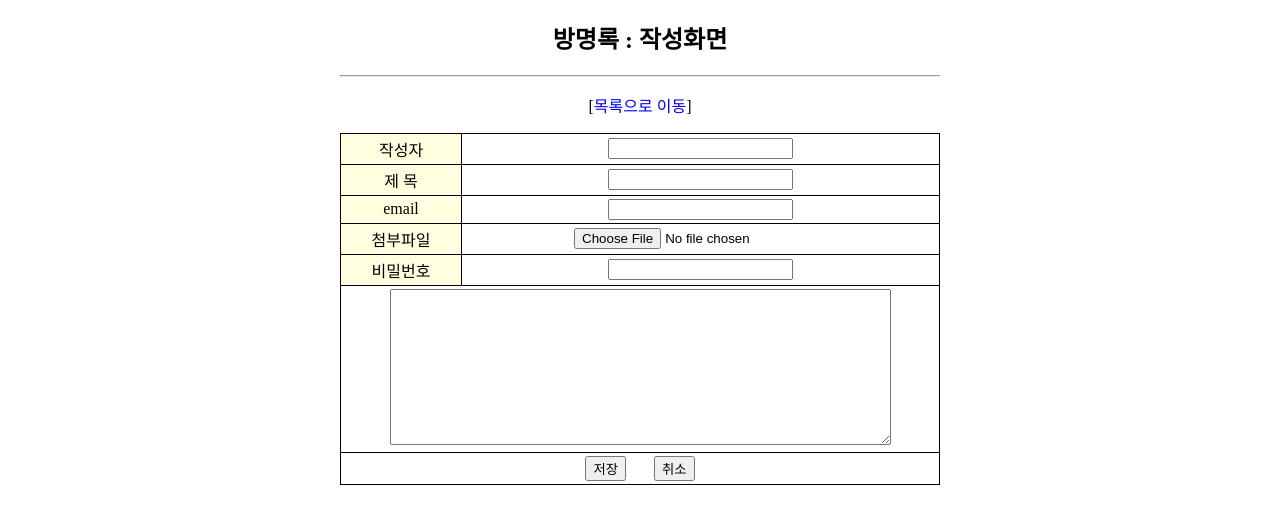
Repository: wjsjsn/23_jspstudy
Page: http://localhost/02_jsp/guestbook2/write.jsp
These files come from the project's save history. The page is drawn as it stood at one moment and after the next save; the edit follows.
The browser window is 1280 px wide. The pictures show the whole page.
The page is served by Tomcat 9. Other server files are loaded and not shown.

Above is the page before, as saved 2023-07-10 01:29:53.

### 02_jsp/src/main/webapp/guestbook2/write.jsp
<%@ page language="java" contentType="text/html; charset=UTF-8"
    pageEncoding="UTF-8"%>
<!DOCTYPE html>
<html>
<head>
<meta charset="UTF-8">
<title> 방 명 록 </title>
<style type="text/css">
	a { text-decoration: none;}
	table{width: 600px; border-collapse:collapse; text-align: center;}
	table,th,td{border: 1px solid black; padding: 3px}
	div{width: 600px; margin:auto; text-align: center;}
</style>
<script type="text/javascript">
	function save_go(f) {
		f.action="/02_jsp/GuestBook2";
		f.submit();
	}
</script>
</head>
<body>
	<div>
		<h2>방명록 : 작성화면</h2>
		<hr />
		<p>[<a href="/02_jsp/GuestBook2?cmd=list">목록으로 이동</a>]</p>
		<form method="post">
			<table>
				<tr align="center">
					<td bgcolor="lightyellow">작성자</td>
					<td><input type="text" name="name" size ="20"/></td>
				</tr>
				<tr align="center">
					<td bgcolor="lightyellow">제  목</td>
					<td><input type="text" name="subject" size ="20"/></td>
				</tr>
				<tr align="center">
					<td bgcolor="lightyellow">email</td>
					<td><input type="text" name="email" size ="20"/></td>
				</tr>
				<tr align="center">
					<td bgcolor="lightyellow">첨부파일</td>
					<td><input type="file" name="f_name" size ="20"/></td>
				</tr>
				<tr align="center">
					<td bgcolor="lightyellow">비밀번호</td>
					<td><input type="password" name="pwd" size ="20"/></td>
				</tr>
				<tr align="center">
					<td colspan="2">
						<textarea rows="10" cols="60" name="content"></textarea>
					</td>
				</tr>
				<tfoot>
					<tr align="center">
						<td colspan="2">
							<input type="hidden" value="write_ok" name="cmd">
							<input type="button" value="저장" onclick="save_go(this.form)" />
							&nbsp;&nbsp;&nbsp;&nbsp;&nbsp;
							<input type="reset" value="취소" />
						</td>
					</tr>
				</tfoot>
			</table>
		</form>
	</div>
</body>
</html>

After the next save:
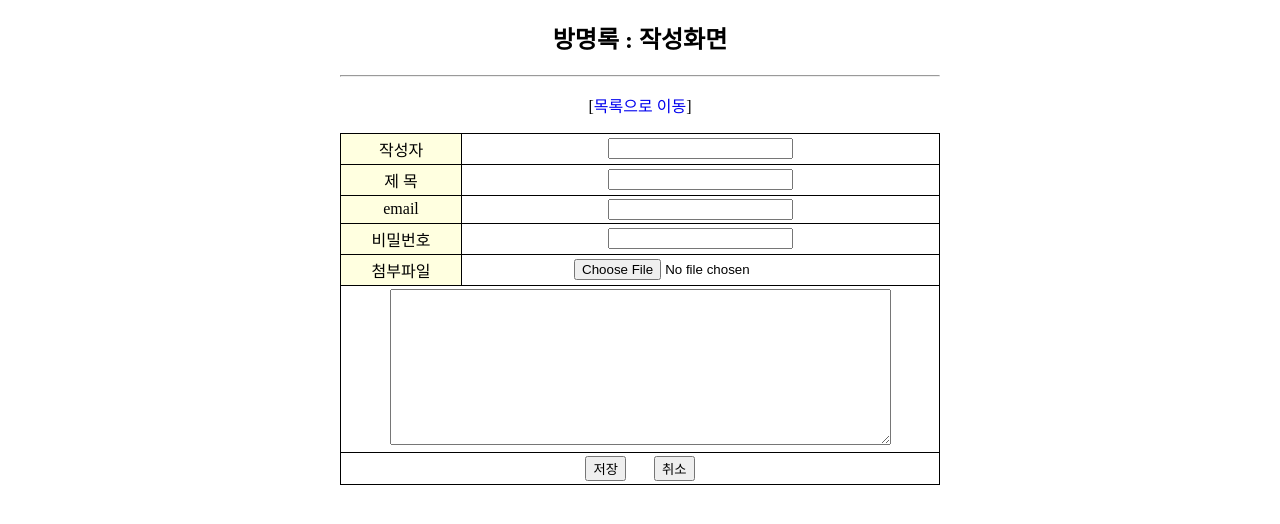
Saved 19 min 37 s later.
--- a/02_jsp/src/main/webapp/guestbook2/write.jsp
+++ b/02_jsp/src/main/webapp/guestbook2/write.jsp
@@ -38,12 +38,12 @@
 					<td><input type="text" name="email" size ="20"/></td>
 				</tr>
 				<tr align="center">
+					<td bgcolor="lightyellow">비밀번호</td>
+					<td><input type="password" name="pwd" size ="20"/></td>
+				</tr>
+				<tr align="center">
 					<td bgcolor="lightyellow">첨부파일</td>
 					<td><input type="file" name="f_name" size ="20"/></td>
-				</tr>
-				<tr align="center">
-					<td bgcolor="lightyellow">비밀번호</td>
-					<td><input type="password" name="pwd" size ="20"/></td>
 				</tr>
 				<tr align="center">
 					<td colspan="2">
